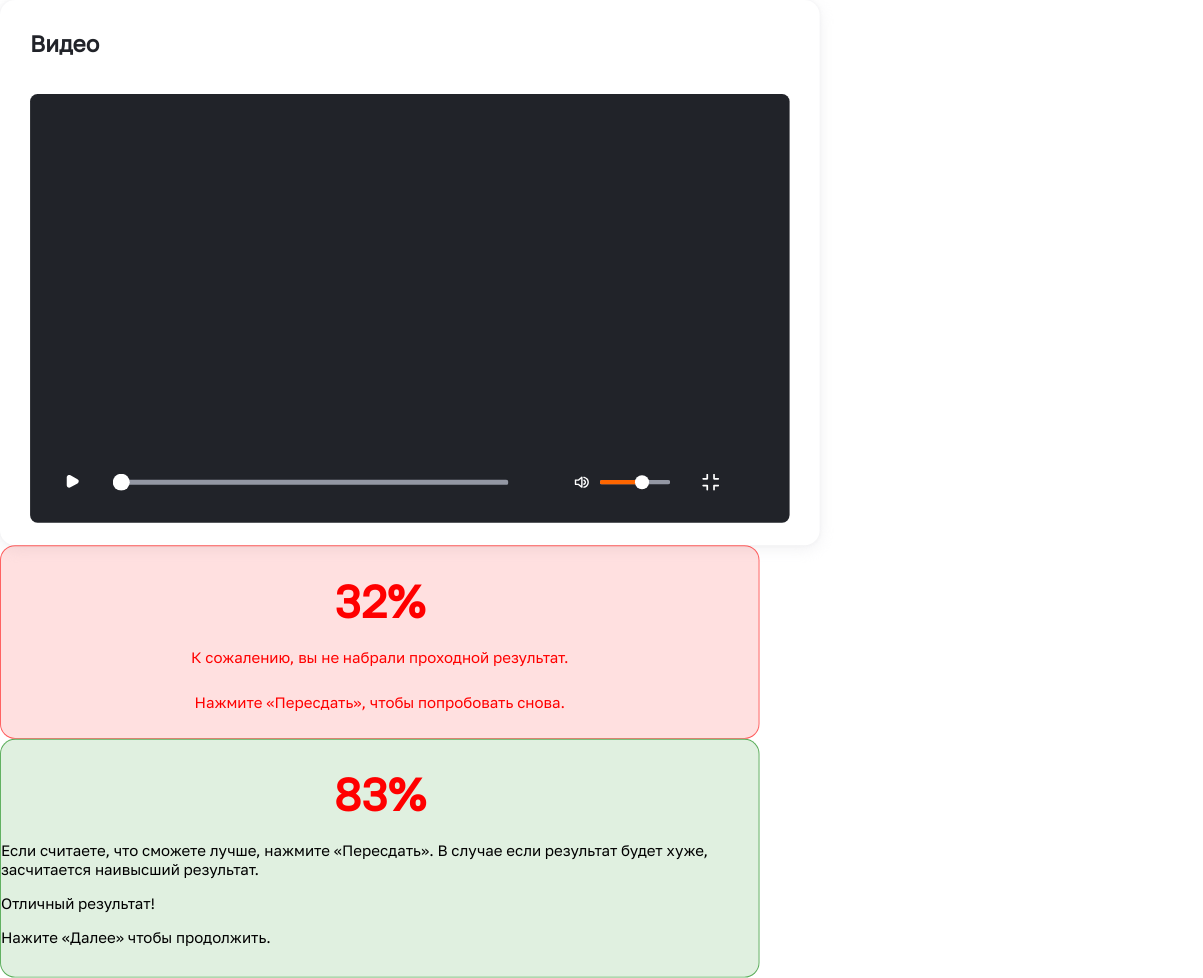
Repository: RuslanSR2424/Group5_LizaAlert
Page: index.html
An editor plug-in stored every save of this project. The page is shown before and after the next save, followed by the edit.
The browser window is 1280 px wide. The pictures show the whole page, at 94% of full size.

Above is the page before, as saved 2022-03-09 17:16:37.

### index.html
<!DOCTYPE html>
<html lang="en">

<head>
    <meta charset="UTF-8">
    <meta http-equiv="X-UA-Compatible" content="IE=edge">
    <meta name="viewport" content="width=device-width, initial-scale=1.0">
    <link rel="stylesheet" href="./pages/index.css" />
    <title>Document</title>
</head>

<body class="root">
    <section class="video">
        <h2 class="video__title">
            Видео
        </h2>
        <div class="video__player">
            <img class="video__button video__button_type_play" src="./images/video/start.svg">
            <img class="video__button video__button_type_timeline" src="./images/video/timeline.svg">
            <img class="video__button video__button_type_sound-icon" src="./images/video/sound-icon.svg">
            <img class="video__button video__button_type_sound" src="./images/video/sound.svg">
            <img class="video__button video__button_type_size" src="./images/video/size.svg">
        </div>
    </section>
    <section class="results">
        <div class="results__bad">
            <h2 class="results__score">32%</h2>
            <p class="result__text result__text_type_bad">К сожалению, вы не набрали проходной результат.</p>
            <p class="result__text result__text_type_bad">Нажмите «Пересдать», чтобы попробовать снова.</p>
        </div>
        <div class="results__good">
            <h2 class="results__score">83%</h2>
            <div class="result__text">
                <p class="result__text result__text_type_good">
                    Если считаете, что сможете лучше, нажмите «Пересдать». В случае
                    если результат будет хуже, засчитается наивысший результат.</p>
                <p>Отличный результат!</p>
                <p>Нажите «Далее» чтобы продолжить.</p>
            </div>
        </div>
    </section>
</body>

</html>

### pages/index.css
@import url(../fonts/fonts.css);
@import url(../blocks/root/root.css);

/* video */

@import url(../blocks/video/video.css);
@import url(../blocks/video/__button/video__button.css);
@import url(../blocks/video/__button/_type/video__button_type_play.css);
@import url(../blocks/video/__button/_type/video__button_type_sound.css);
@import url(../blocks/video/__button/_type/video__button_type_timeline.css);
@import url(../blocks/video/__button/_type/video__button_type_size.css);
@import url(../blocks/video/__button/_type/video__button_type_sound-icon.css);
@import url(../blocks/video/__player/video__player.css);
@import url(../blocks/video/__title/video__title.css);

/* results */

@import url(../blocks/results/results.css);
@import url(../blocks/results/__bad/results__bad.css);
@import url(../blocks/results/__good/results__good.css);
@import url(../blocks/results/__score/results__score.css);
@import url(../blocks/results/__text/results__text.css);
@import url(../blocks/results/__text/_type/result__text_type_bad.css);
@import url(../blocks/results/__text/_type/result__text_type_good.css);

### fonts/fonts.css
@font-face {
  font-family: "GolosTextWebRegular";
  src: url(./golos/Golos-Text_Regular.woff2) format("woff2"),
    url(./golos/Golos-Text_Regular.woff) format("woff");
  font-weight: normal;
  font-style: normal;
}
@font-face {
  font-family: "GolosTextWebBold";
  src: url(./golos/Golos-Text_Bold.woff2) format("woff2"),
    url(./golos/Golos-Text_Bold.woff) format("woff");
  font-weight: normal;
  font-style: normal;
}

### blocks/root/root.css
.root {
  margin: 0;
  padding: 0;
  font-family: "GolosTextWebRegular";
}

### blocks/video/video.css
.video {
  height: 580px;
  width: 872px;
  display: flex;
  flex-direction: column;
  background: #ffffff;
  box-shadow: 0px 0px 4px rgba(231, 232, 235, 0.6),
    0px 4px 16px rgba(231, 232, 235, 0.6);
  border-radius: 16px;
}

### blocks/video/__button/video__button.css
.video__button{
    height: 18px;
}

### blocks/video/__button/_type/video__button_type_play.css
.video__button_type_play {
    margin: 0 0 35px 36px;
}

### blocks/video/__button/_type/video__button_type_sound.css
.video__button_type_sound{
    margin: 0 0 34px 10px;
}

### blocks/video/__button/_type/video__button_type_timeline.css
.video__button_type_timeline{
    margin: 0 35px 34px 34px;
}

### blocks/video/__button/_type/video__button_type_size.css
.video__button_type_size{
    margin: 0 34px 34px 34px;
}

### blocks/video/__button/_type/video__button_type_sound-icon.css
.video__button_type_sound-icon{
    margin: 0 0 34px 34px;
}

### blocks/video/__player/video__player.css
.video__player {
  height: 456px;
  width: 808px;
  background-color: #212329;
  display: flex;
  flex-direction: row;
  align-items: flex-end;
  border-radius: 8px;
  margin: auto;
}

### blocks/video/__title/video__title.css
.video__title {
  font-family: "GolosTextWebRegular";
  font-style: normal;
  font-weight: 700;
  font-size: 24px;
  line-height: 28px;
  color: #212329;
  margin: 32px 32px 16px 32px;
}

### blocks/results/results.css
.results{}

### blocks/results/__bad/results__bad.css
.results__bad {
  display: flex;
  flex-direction: column;
  align-items: center;

  width: 808px;
  height: 206px;

  background: rgba(255, 0, 0, 0.12);
  border: 1.2px solid rgba(255, 0, 0, 0.6);
  box-sizing: border-box;
  border-radius: 16px;
}

### blocks/results/__good/results__good.css
.results__good {
  width: 808px;
  height: 254px;
  left: 32px;
  top: 501px;
  background: rgba(0, 128, 0, 0.12);
  border: 1.2px solid rgba(0, 128, 0, 0.6);
  box-sizing: border-box;
  border-radius: 16px;
}

### blocks/results/__score/results__score.css
.results__score {
  font-family: "GolosTextWebRegular";
  font-style: normal;
  font-weight: bold;
  font-size: 48px;
  line-height: 52px;
  text-align: center;
  margin: 32px 64px 24px 64px;

  color: #FF0000;
}

### blocks/results/__text/results__text.css
.results__text {
  font-family: "GolosTextWebRegular";
  font-style: normal;
  font-weight: normal;
  font-size: 18px;
  line-height: 24px;
  text-align: center;
}

### blocks/results/__text/_type/result__text_type_bad.css
.result__text_type_bad {
  color: #ff0000;
  width: 680px;
  text-align: center;
  margin: 0 0 28px 0;
}

### blocks/results/__text/_type/result__text_type_good.css
.result__text_type_good{}

After the next save:
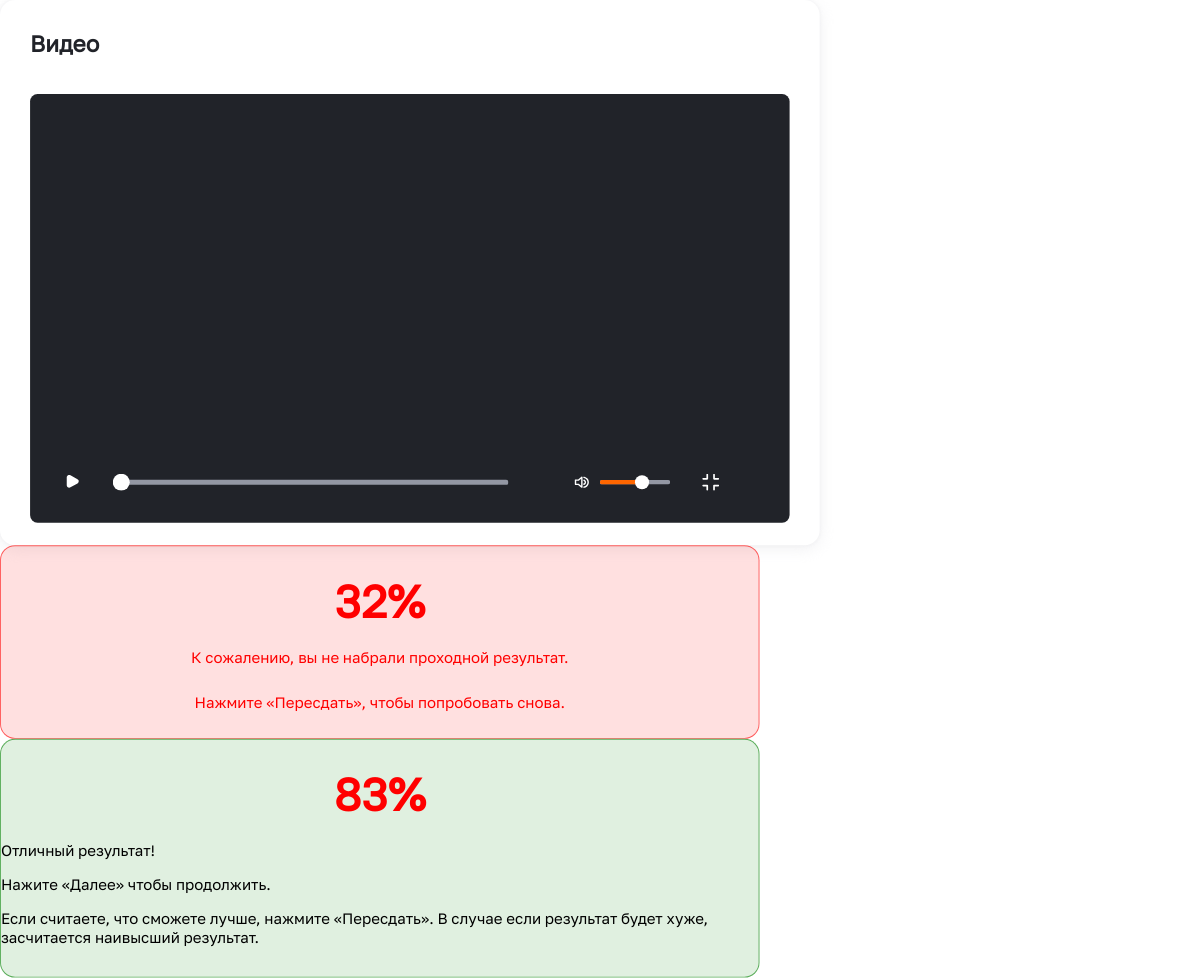
Saved 44 s later.
--- a/index.html
+++ b/index.html
@@ -31,11 +31,11 @@
         <div class="results__good">
             <h2 class="results__score">83%</h2>
             <div class="result__text">
+                <p class="result__text result__text_type_good">Отличный результат!</p>
+                <p class="result__text result__text_type_good">Нажите «Далее» чтобы продолжить.</p>
                 <p class="result__text result__text_type_good">
                     Если считаете, что сможете лучше, нажмите «Пересдать». В случае
                     если результат будет хуже, засчитается наивысший результат.</p>
-                <p>Отличный результат!</p>
-                <p>Нажите «Далее» чтобы продолжить.</p>
             </div>
         </div>
     </section>
